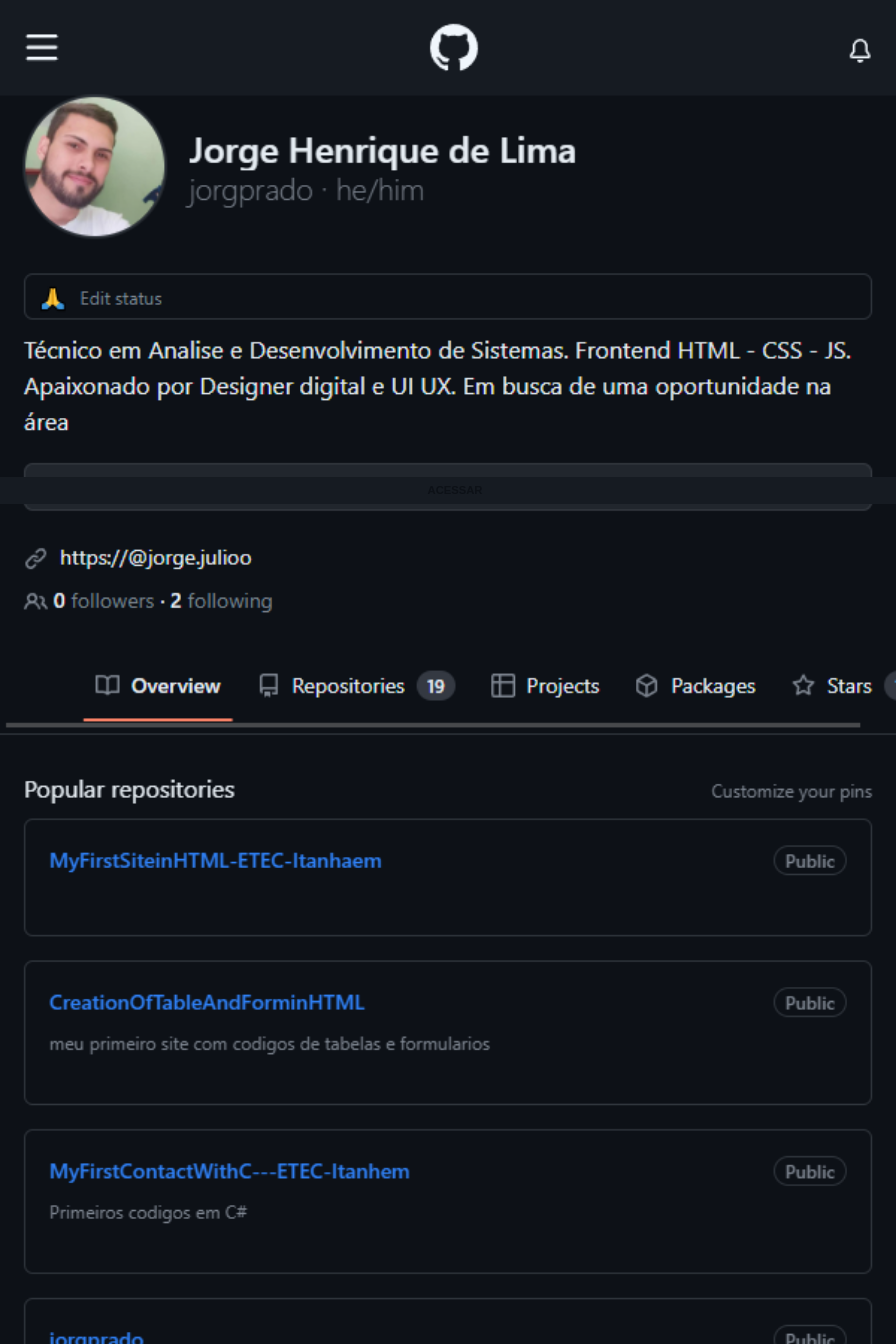
Repository: jorgprado/curso-html-css-Guanabara
Page: exec-pg-social/github.html
An editor plug-in stored every save of this project. The page is shown before and after the next save, followed by the edit.
The browser window is 1280 px wide. The pictures show the part of the page from y = 0 to 1920 px (the page is 4670 px tall), at 70% of full size.
The pointer rests on the first visible `a.git`.

Above is the page before, as saved 2023-05-24 12:17:28.

After the next save:
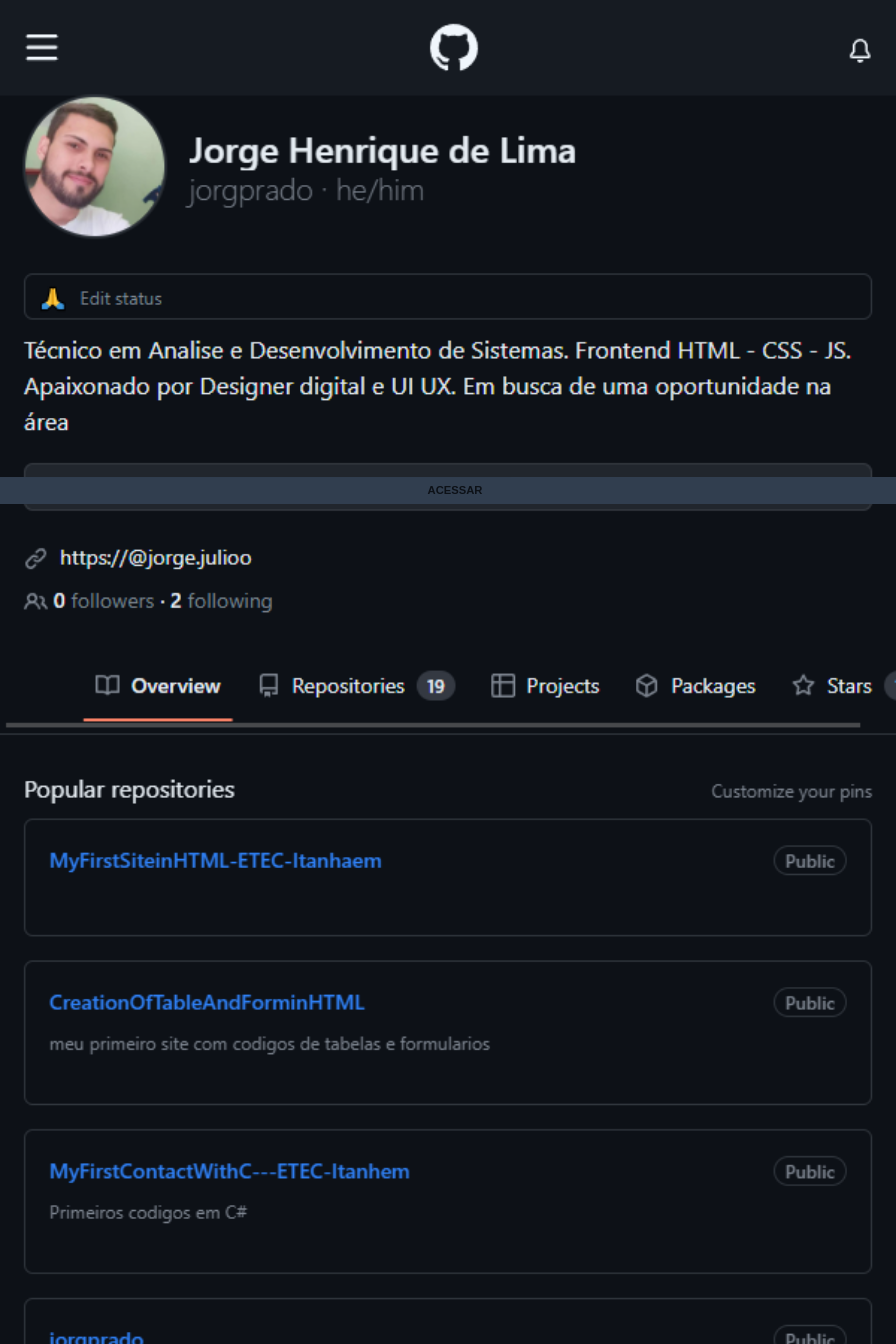
Saved 65 s later.
--- a/exec-pg-social/estilo/social.css
+++ b/exec-pg-social/estilo/social.css
@@ -68,7 +68,7 @@
 }
 
 a.git:hover{
-    background-color: #161B22;
+    background-color: #313e4f;
     color: #0D1117;
     transition: ease-in 500ms;
 }
